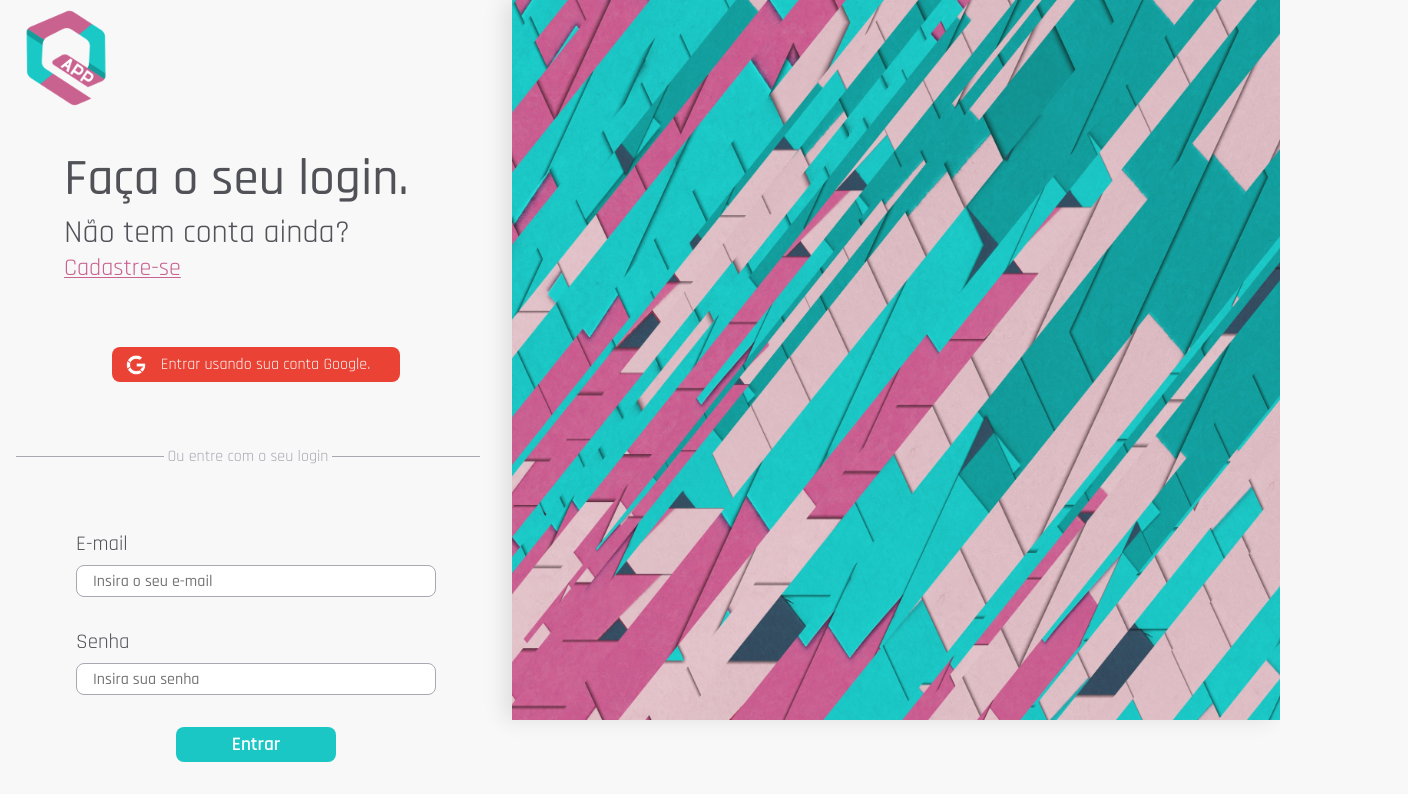
Repository: kika-cavalher/qapp-web
Page: /
These files come from the project's save history. The page is drawn as it stood at one moment and after the next save; the edit follows.
The browser window is 1280 px wide. The page is 1280 px wide, then 1408 px, so the pictures cover 1408 px, including what lies to the right of the window. The pictures show the whole page.
The page's requests for data from a server got no answer. The project was rebuilt for these pictures with package versions that can differ from the ones it lists, and the page was loaded fresh each time. No one was signed in, and anything a server would have sent is missing. Also part of the build but not shown: src/pages/Register.tsx.

Above is the page before, as saved 2022-02-28 14:06:15.

After the next save:
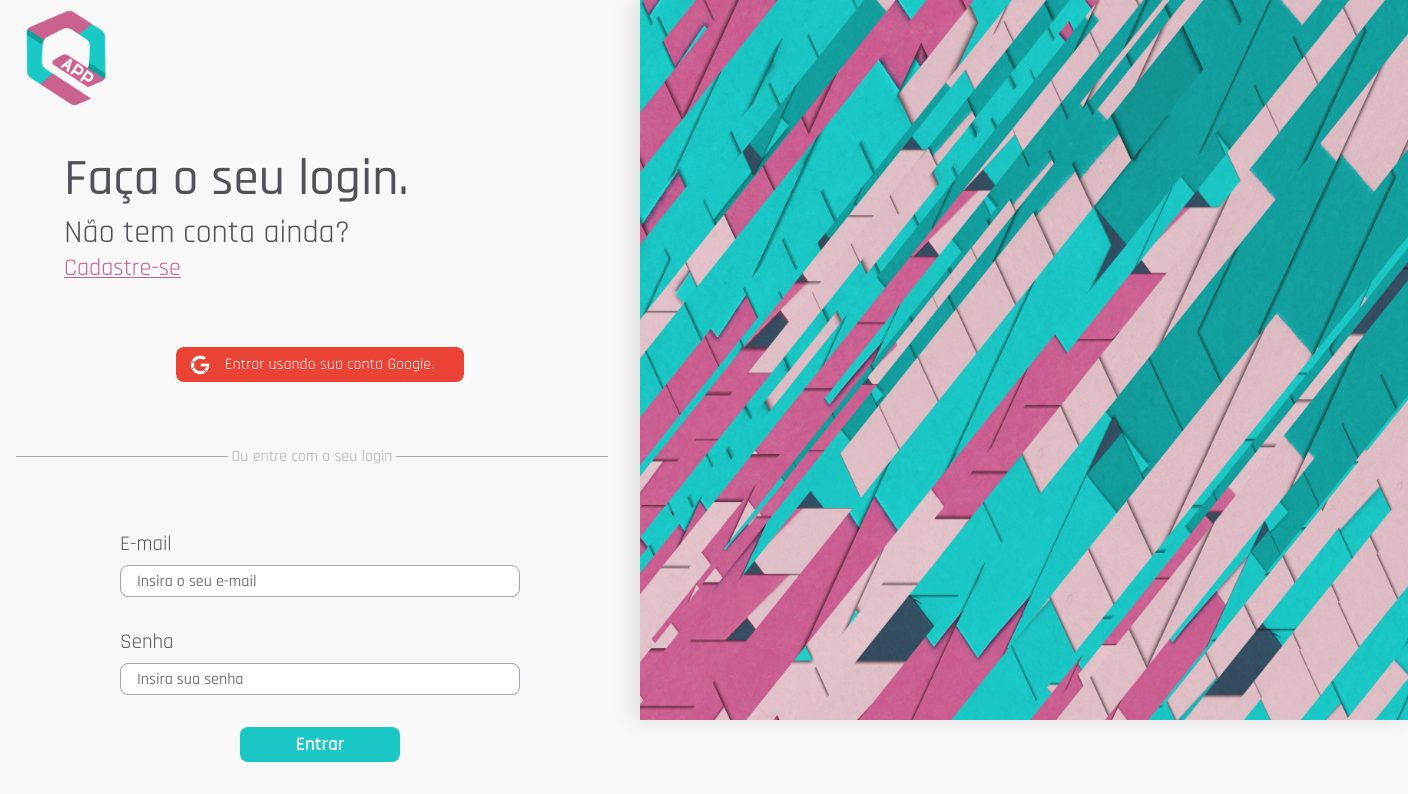
Saved 3 min 21 s later.
--- a/src/styles/pages/login.scss
+++ b/src/styles/pages/login.scss
@@ -1,14 +1,12 @@
 @import '../global/variables.scss';
 
-@include monitor {
-    #page-login {
-        background: $white-offwhite;
-        display: flex;
-        height: 100vh;
-    }
+
+#page-login {
+    background: $white-offwhite;
+    display: flex;
+    height: 100vh;
 
 }
-
 
 main{
     display: flex;
@@ -18,8 +16,22 @@ main{
 .page-login--main__container {
     display: flex;
     flex-direction: column;
-    padding: 0 1rem;
-    width: 40vw;
+
+    @include monitor {
+        padding: 0 1rem;
+        width: 40vw;
+    }
+
+    @include notebook {
+        padding: 0 1rem;
+        width: 50vw;
+    }
+
+    @include tablet {
+    }
+
+    @include phone {
+    }
 }
 
 .page-login--main__logo {
@@ -28,6 +40,18 @@ main{
         cursor: pointer;
         margin-top: 0.5rem;
         width: 100px;
+
+        @include monitor {
+        }
+
+        @include notebook {
+        }
+
+        @include tablet {
+        }
+
+        @include phone {
+        }
     }
 }
 
